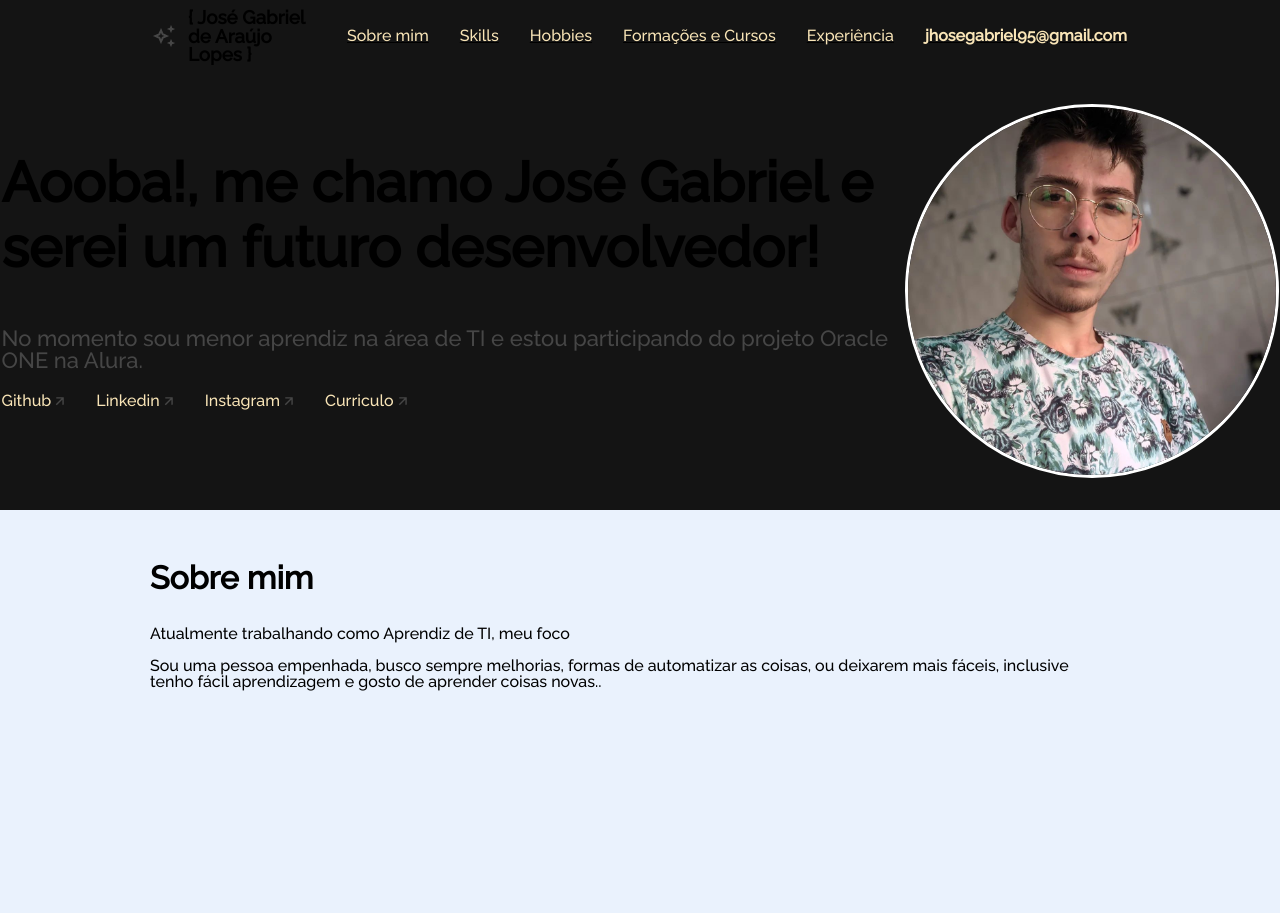
Repository: GabbLps/Portfolio
Page: index.html
These files come from the project's save history. The page is drawn as it stood at one moment and after the next save; the edit follows.
The browser window is 1280 px wide. The pictures show the whole page.

Above is the page before, as saved 2022-06-23 12:03:01.

### index.html
<!DOCTYPE html>
<html lang="en">
<head>
    <meta charset="UTF-8">
    <meta http-equiv="X-UA-Compatible" content="IE=edge">
    <meta name="viewport" content="width=device-width, initial-scale=1.0">

    <!-- Folha de estilo de CSS Linkado -->
    <link rel="stylesheet" href="style.css">

    <link rel="preconnect" href="https://fonts.googleapis.com">
    <link rel="preconnect" href="https://fonts.gstatic.com" crossorigin>

    <!-- Fonte do Projeto Raleway -->
    <link href="https://fonts.googleapis.com/css2?family=Raleway:wght@500&display=swap" rel="stylesheet">

    <title>Portifólio Pessoal</title>
</head>
<body>
    <!-- Menu Principal-->
    <div class="all">
        <section class="menu">
            <header>
                <img class="img__menu" src="assets\vector.png">
                <h3 class="menu__title">{ José Gabriel de Araújo Lopes }</h3>
            </header>
            <nav>
                <ul class="menu__list">
                    <li class="menu__list__item"><a href="#sobremim">Sobre mim</a></li>
                    <li class="menu__list__item"><a href="#skills">Skills</a></li>
                    <li class="menu__list__item"><a href="#hobbies">Hobbies</a></li>
                    <li class="menu__list__item"><a href="#formacao">Formações e Cursos</a></li>
                    <li class="menu__list__item"><a href="#xp">Experiência</a></li>
                    <li class="menu__list__item"><a href="#contato"><b>jhosegabriel95@gmail.com</b></a></li>
                </ul>
            </nav>
        </section>

        <!-- Sessão de Header/Title/Hero -->
        <section class="title">
            <div class="title__div">
                <img class="title__profile" src="assets\profile.jpg">
                <div class="title__container" id="#sobremim">
                    <h2 class="title__bio">Aooba!, me chamo José Gabriel e serei um futuro desenvolvedor!</h2>
                    <p class="title__subsection">No momento sou menor aprendiz na área de TI e estou participando do projeto Oracle ONE na Alura.</p>
                    <ul class="title__social__media">
                        <!-- Ponha os links de suas redes sociais favoritas -->
                        <li class="title__social__media__item"><a href="https://github.com/GabbLps" target="_blank">Github <img src="assets\arrow.png"> </a></li>
                        <li class="title__social__media__item"><a href="https://www.linkedin.com/in/josegabrielalopes/" target="_blank">Linkedin <img src="assets\arrow.png"></a></li>
                        <li class="title__social__media__item"><a href="https://www.instagram.com/gabbriel.lps/" target="_blank">Instagram <img src="assets\arrow.png"></a></li>
                        <li class="title__social__media__item"><a href="curriculo.pdf" target="_blank">Curriculo <img src="assets\arrow.png"></a></li>
                    </ul>
                </div>
            </div>
        </section>

        <!-- Sessão sobre mim -->
        <section class="about">
            <div class="about__container">
                <h3 class="about__title">Sobre mim</h3>
                <p class="about__paragraph">Atualmente trabalhando como Aprendiz de TI, meu foco  </p>
                <p class="about__paragraph">Sou uma pessoa empenhada,
                    busco sempre melhorias, formas de automatizar as coisas, ou deixarem mais fáceis, inclusive tenho fácil aprendizagem e gosto de aprender coisas novas..</p>
            </div>
        </section>


    </div>
</body>
</html>

### style.css
:root{
   /*--cor-de-fundo: #F5F5F5;
    --cor-de-link: #000;
    --cor-de-titulos: #464646;
    --cor-fundo-azul: #EAF2ED;
    --cor-caixas: #FBFBFB;
    --azul-botoes: #2A74E4; */
    --cor-de-fundo: #141414;
    --cor-de-link: #F9E5B7;
    --cor-de-titulos: #464646;
    --cor-fundo-azul: #EAF2ED;
    --cor-caixas: #FBFBFB;
    --azul-botoes: #2A74E4;
}

html {
    background-color: var(--cor-de-fundo);
}

body {
    box-sizing: border-box;
    background-color: var(--cor-de-fundo) ;
    font-family: 'Raleway';
    margin: 0;
    padding: 0;
    line-height: 1;
}

ol, ul,li {
    list-style: none;
}

a{
    text-decoration: none;
    color: var(--cor-de-link);
}

/*Sessão Menu*/

section.menu{
    display: flex;
    justify-content: space-between;
    align-items: center;
    align-content: flex-end;
    height: 10vh;
    margin: 0 153px;
}

section header {
    display: flex;
    align-items: center;
    font-weight: 700;
}

header img {
    margin-right: 13px;
    user-select: none;
}

/* Sessão lista de navegação  */

nav ul.menu__list {
    display: flex;
    justify-content: space-between;
    width: 780px;
    font-size: 16px;
    text-decoration: underline;
}

/*Sessão Title*/

div.title__div{
    display: flex;
    flex-direction: row-reverse;
    justify-content: space-around;
    align-content: center;
    margin: 0 auto;
}

div.title__container{
    width: 900px;
}

div.title__container h2{
    font-size: 56px;
    font-weight: 700;
    line-height: 65px;
}

section.title{
    margin: 32px 0;
}


.title__subsection {
    font-size: 22px;
    color: var(--cor-de-titulos);
    font-weight: 400;
    line-height: 22px;
}

.title__profile{
    width: 368px;
    height: 368px;
    border-radius: 50%;
    border: solid 3px #fff;
}

ul.title__social__media{
    display: flex;
    flex-direction: row;
    gap: 32px;
    padding: 0;
    font-weight: 500;
}

ul li.title__social__media__item{
    font-size: 16px;
    font-weight: 500;
}

/* Sessão about */

section.about{
    width: auto;
    height: 383px;
    background-color: #EAF2FD;
    padding-top: 20px;
    padding-left: 150px;
    padding: auto;
}

/* Container sessão about me */

div.about__container{
    max-width: 920px;
}

.about__title {
    font-size: 32px;
    font-weight: 700;
}

.about__paragraph{
    font-size: 16px;
    line-height: 16px;
    font-weight: 400;
}

After the next save:
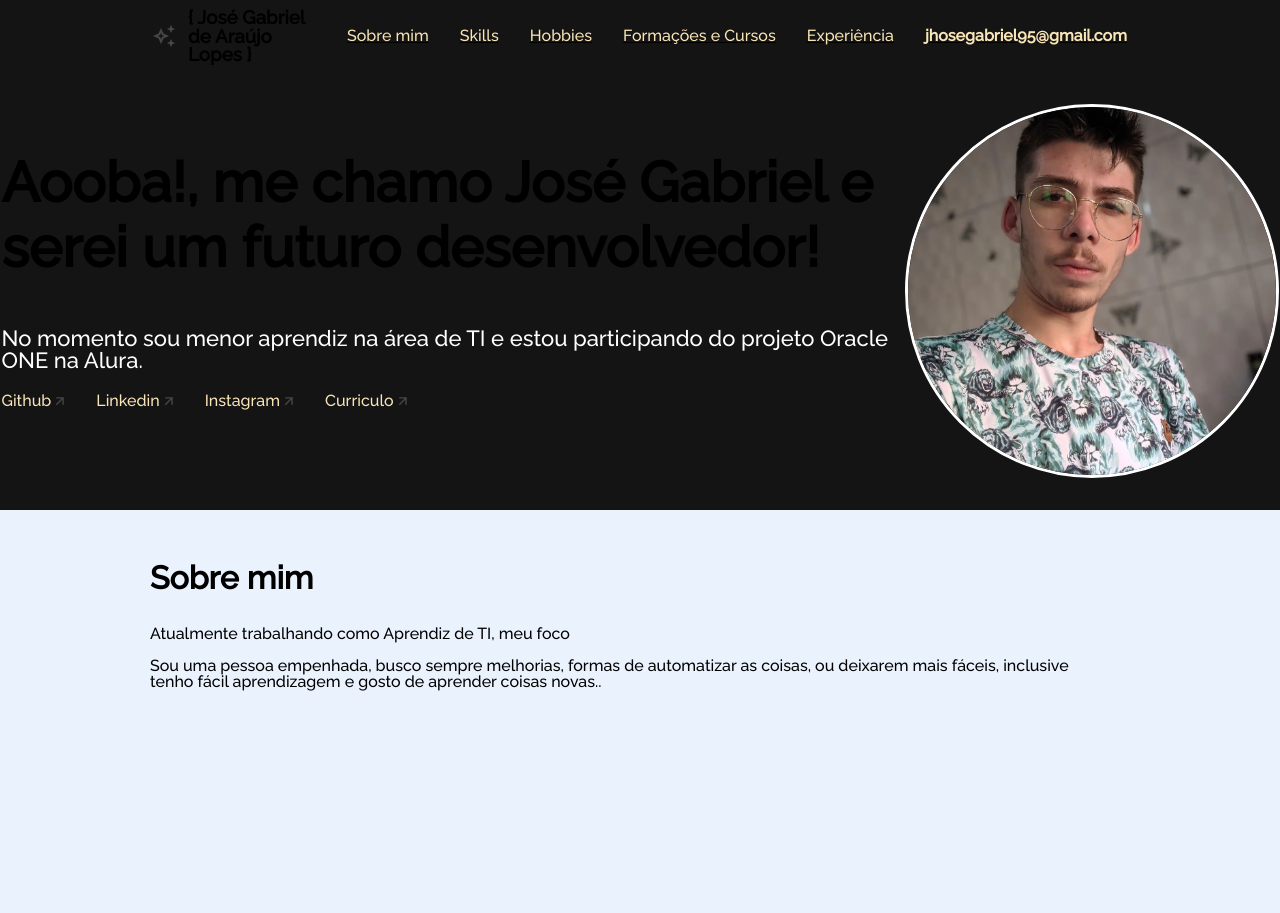
Saved 21 s later.
--- a/style.css
+++ b/style.css
@@ -7,7 +7,7 @@
     --azul-botoes: #2A74E4; */
     --cor-de-fundo: #141414;
     --cor-de-link: #F9E5B7;
-    --cor-de-titulos: #464646;
+    --cor-de-titulos: #fff;
     --cor-fundo-azul: #EAF2ED;
     --cor-caixas: #FBFBFB;
     --azul-botoes: #2A74E4;

After the save that followed:
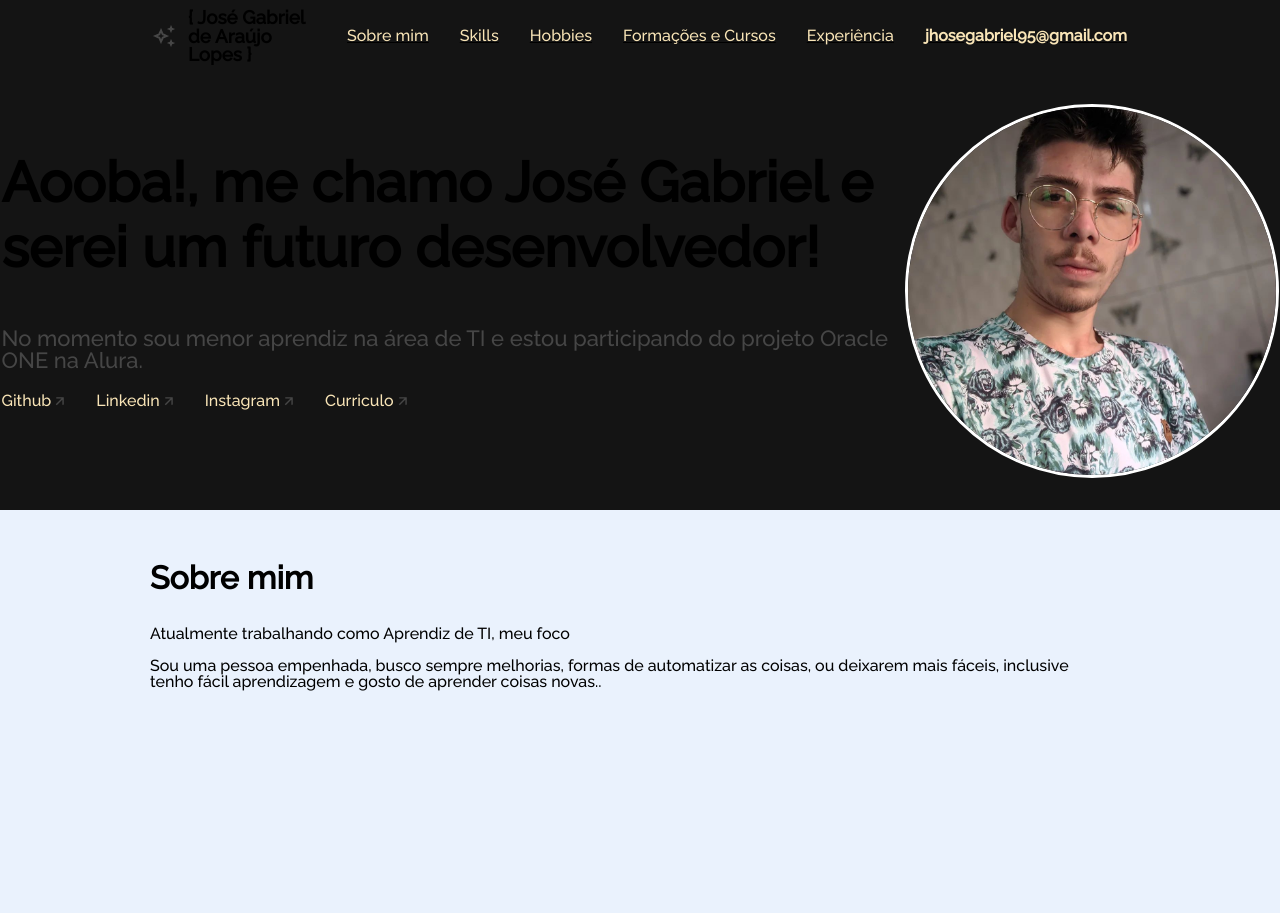
Saved 17 s later.
--- a/style.css
+++ b/style.css
@@ -7,7 +7,7 @@
     --azul-botoes: #2A74E4; */
     --cor-de-fundo: #141414;
     --cor-de-link: #F9E5B7;
-    --cor-de-titulos: #fff;
+    --cor-de-titulos: #464646;
     --cor-fundo-azul: #EAF2ED;
     --cor-caixas: #FBFBFB;
     --azul-botoes: #2A74E4;
